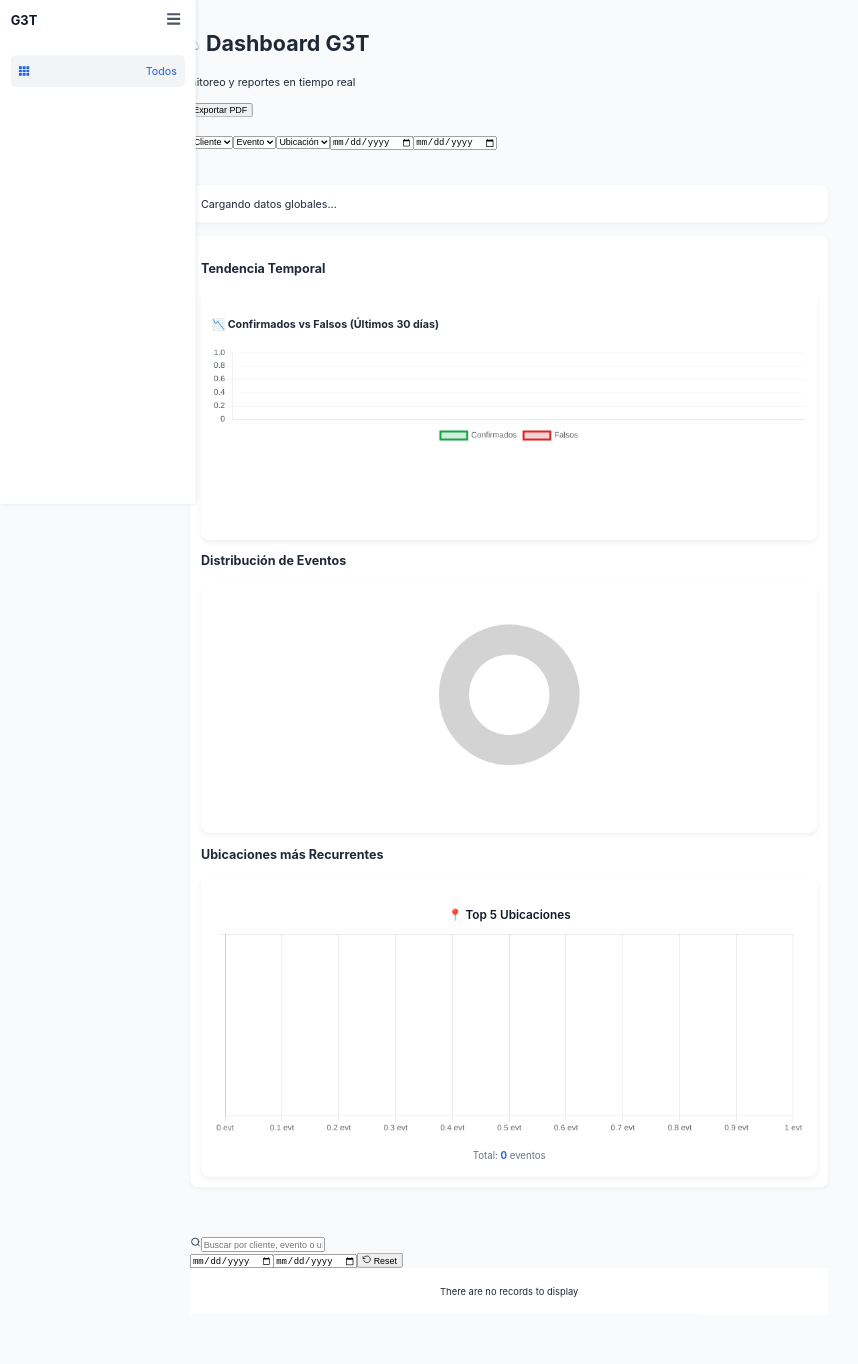
Repository: BBrian11/reportes
Page: /
The author's editor kept a copy of each file at every save. The page is drawn from the files as they stood at one save, then again after the next save.
The browser window is 1280 px wide. The pictures show the whole page, at 67% of full size.
The page's requests for data from a server got no answer. The project was rebuilt for these pictures with package versions that can differ from the ones it lists, and the page was loaded fresh each time. Some packages were replaced by stand-ins written for this rebuild. No one was signed in, and anything a server would have sent is missing. Also part of the build but not shown: vite.config.js, src/components/Dashboard/BarChart.jsx, src/styles/tgsstats.css, src/components/Dashboard/TgsStats.jsx, src/styles/edificiostats.css, src/components/Dashboard/EdificioStats.jsx, src/styles/vtvstats.css, src/components/Dashboard/VtvStats.jsx and 6 more.

Above is the page before, as saved 2025-08-01 11:19:51.

### index.html
<!DOCTYPE html>
<html lang="es">
  <head>
    <meta charset="UTF-8" />
    <meta name="viewport" content="width=device-width, initial-scale=1.0" />
    <title>Dashboard G3T</title>
  </head>
  <body>
    <div id="root"></div>
    <script type="module" src="/src/main.jsx"></script>
  </body>
</html>

### src/main.jsx
import React from "react";
import ReactDOM from "react-dom/client";
import App from "./App.jsx";
import "./styles/dashboard.css";
import "./styles/form.css";

ReactDOM.createRoot(document.getElementById("root")).render(
  <React.StrictMode>
    <App />
  </React.StrictMode>
);

### src/App.jsx
import React from "react";
import Dashboard from "./components/Dashboard/Dashboard.jsx";

export default function App() {
  return <Dashboard />;
}

### src/components/Dashboard/Header.jsx
import React from 'react';

export default function Header() {
  return (
    <div className="bg-gradient-to-r from-blue-700 to-indigo-800 text-white p-4 rounded-lg shadow-md flex justify-between items-center mb-4">
      <div>
        <h1 className="text-xl font-bold">📡 Dashboard G3T</h1>
        <p className="text-sm">Monitoreo y reportes en tiempo real</p>
      </div>
      <button className="bg-white text-blue-900 px-4 py-2 rounded shadow hover:bg-gray-200 transition">
        📄 Exportar PDF
      </button>
    </div>
  );
}

### src/components/Dashboard/Filters.jsx
import React from 'react';

export default function Filters() {
  return (
    <div className="bg-white p-4 rounded-lg shadow mb-4 flex flex-wrap gap-2">
      <select className="border p-2 rounded w-full md:w-auto">
        <option>Cliente</option>
      </select>
      <select className="border p-2 rounded w-full md:w-auto">
        <option>Evento</option>
      </select>
      <select className="border p-2 rounded w-full md:w-auto">
        <option>Ubicación</option>
      </select>
      <input type="date" className="border p-2 rounded w-full md:w-auto" />
      <input type="date" className="border p-2 rounded w-full md:w-auto" />
    </div>
  );
}

### src/components/Dashboard/Charts.jsx
import React from "react";
import BarChart from "./BarChart";
import PieChart from "./PieChart";
import LineChart from "./LineChart";
import HorizontalChart from "./HorizontalChart";
import {
  Chart as ChartJS,
  CategoryScale,
  LinearScale,
  BarElement,
  ArcElement,
  PointElement,
  LineElement,
  Title,
  Tooltip,
  Legend,
} from "chart.js";

ChartJS.register(
  CategoryScale,
  LinearScale,
  BarElement,
  ArcElement,
  PointElement,
  LineElement,
  Title,
  Tooltip,
  Legend
);

export default function Charts({ eventos }) {
  return (
    <div className="grid grid-cols-1 lg:grid-cols-2 xl:grid-cols-3 gap-6 mb-6">
      {/* ✅ Eventos por mes */}


      {/* ✅ Tendencia Temporal */}
      <div className="bg-white rounded-xl shadow p-4 hover:shadow-lg transition">
        <h3 className="text-lg font-semibold mb-4">Tendencia Temporal</h3>
        <LineChart eventos={eventos} />
      </div>

      {/* ✅ Distribución por Tipo de Evento */}
      <div className="bg-white rounded-xl shadow p-4 hover:shadow-lg transition">
        <h3 className="text-lg font-semibold mb-4">Distribución de Eventos</h3>
        <PieChart eventos={eventos} />
      </div>

      {/* ✅ Ubicaciones más Recurrentes */}
      <div className="bg-white rounded-xl shadow p-4 hover:shadow-lg transition col-span-2">
        <h3 className="text-lg font-semibold mb-4">Ubicaciones más Recurrentes</h3>
        <HorizontalChart eventos={eventos} />
      </div>

      {/* ✅ Comparativa Día vs Noche */}

    </div>
  );
}

### src/components/Dashboard/EventsTable.jsx
import React, { useState, useMemo } from "react";
import DataTable, { createTheme } from "react-data-table-component";
import Swal from "sweetalert2";
import withReactContent from "sweetalert2-react-content";
import { doc, updateDoc } from "firebase/firestore";
import { db } from "../../services/firebase";
import { FiSearch, FiRotateCcw } from "react-icons/fi"; // ✅ Íconos modernos
import "../../styles/eventstable.css";

const MySwal = withReactContent(Swal);

// ✅ Tema moderno para la tabla
createTheme("g3tTheme", {
  text: { primary: "#1f2937", secondary: "#6b7280" },
  background: { default: "#ffffff" },
  context: { background: "#2563eb", text: "#FFFFFF" },
  divider: { default: "#e5e7eb" },
});

export default function EventsTable({ eventos }) {
  const [filterText, setFilterText] = useState("");
  const [fechaInicio, setFechaInicio] = useState("");
  const [fechaFin, setFechaFin] = useState("");

  // ✅ Columnas configuradas
  const columns = [
    { name: "Cliente", selector: (row) => row.cliente, sortable: true },
    { name: "Evento", selector: (row) => row.evento, sortable: true },
    { name: "Ubicación", selector: (row) => row.ubicacion },
    { name: "Fecha", selector: (row) => row.fecha, sortable: true },
    { name: "Observación", selector: (row) => row.observacion, wrap: true },
    {
      name: "Acciones",
      cell: (row) => (
        <button
          onClick={() => handleEditObservation(row)}
          className="bg-indigo-600 text-white px-3 py-1 rounded-lg hover:bg-indigo-700 transition"
        >
          ✏️ Editar
        </button>
      ),
      ignoreRowClick: true,
    },
  ];

  // ✅ Estilo visual de la tabla
  const customStyles = {
    headCells: {
      style: {
        fontWeight: "700",
        fontSize: "14px",
        backgroundColor: "#f9fafb",
        color: "#111827",
        borderBottom: "1px solid #e5e7eb",
      },
    },
    rows: {
      style: {
        "&:hover": {
          backgroundColor: "#f3f4f6",
          transition: "0.2s",
        },
      },
    },
  };

  // ✅ Filtrado dinámico (texto + fechas)
  const filteredData = useMemo(() => {
    return eventos.filter((item) => {
      const textMatch =
        item.cliente?.toLowerCase().includes(filterText.toLowerCase()) ||
        item.evento?.toLowerCase().includes(filterText.toLowerCase()) ||
        item.ubicacion?.toLowerCase().includes(filterText.toLowerCase()) ||
        item.observacion?.toLowerCase().includes(filterText.toLowerCase());

      const fechaEvento = item.fechaObj || new Date(item.fecha);
      const desde = fechaInicio ? new Date(`${fechaInicio}T00:00:00`) : null;
      const hasta = fechaFin ? new Date(`${fechaFin}T23:59:59`) : null;

      const dateMatch =
        (!desde || fechaEvento >= desde) && (!hasta || fechaEvento <= hasta);

      return textMatch && dateMatch;
    });
  }, [eventos, filterText, fechaInicio, fechaFin]);

  // ✅ Editar observación (SweetAlert2)
  const handleEditObservation = async (event) => {
    const { value: newObservation } = await MySwal.fire({
      title: "Editar Observación",
      html: `
        <textarea id="swal-observation" class="swal2-textarea" style="width:100%;padding:10px;">
          ${event.observacion || ""}
        </textarea>`,
      showCancelButton: true,
      confirmButtonText: "Guardar",
      cancelButtonText: "Cancelar",
      width: "500px",
      preConfirm: () => document.getElementById("swal-observation").value,
    });

    if (newObservation !== undefined) {
      try {
        const path = `novedades/${event.cliente.toLowerCase()}/eventos/${event.id}`;
        await updateDoc(doc(db, path), { [`observaciones-${event.cliente.toLowerCase()}`]: newObservation });
        MySwal.fire("✅ Guardado", "Observación actualizada", "success");
      } catch {
        MySwal.fire("❌ Error", "No se pudo actualizar", "error");
      }
    }
  };

  return (
    <div className="bg-white shadow-lg rounded-xl p-5">
      {/* ✅ Barra de filtros profesional */}
      <div className="flex flex-wrap items-center gap-3 mb-6 bg-gray-50 p-4 rounded-lg shadow-sm">
        {/* 🔍 Campo de búsqueda con ícono */}
        <div className="relative flex-1 min-w-[200px]">
          <FiSearch className="absolute left-3 top-3 text-gray-400" />
          <input
            type="text"
            placeholder="Buscar por cliente, evento o ubicación..."
            value={filterText}
            onChange={(e) => setFilterText(e.target.value)}
            className="w-full pl-10 pr-3 py-2 border border-gray-300 rounded-lg focus:ring-2 focus:ring-indigo-400 focus:outline-none"
          />
        </div>

        {/* 📅 Filtro de fecha desde */}
        <input
          type="date"
          value={fechaInicio}
          onChange={(e) => setFechaInicio(e.target.value)}
          className="border border-gray-300 rounded-lg px-3 py-2 focus:ring-2 focus:ring-indigo-400 focus:outline-none"
        />

        {/* 📅 Filtro de fecha hasta */}
        <input
          type="date"
          value={fechaFin}
          onChange={(e) => setFechaFin(e.target.value)}
          className="border border-gray-300 rounded-lg px-3 py-2 focus:ring-2 focus:ring-indigo-400 focus:outline-none"
        />

        {/* 🔄 Botón Reset con ícono */}
        <button
          onClick={() => {
            setFilterText("");
            setFechaInicio("");
            setFechaFin("");
          }}
          className="flex items-center gap-2 bg-gray-200 text-gray-700 px-4 py-2 rounded-lg hover:bg-gray-300 transition"
        >
          <FiRotateCcw /> Reset
        </button>
      </div>

      {/* ✅ Tabla moderna con DataTable */}
      <DataTable
        columns={columns}
        data={filteredData}
        pagination
        highlightOnHover
        responsive
        striped
        theme="g3tTheme"
        customStyles={customStyles}
        paginationPerPage={50}
        paginationRowsPerPageOptions={[10, 20, 50, 100, 150]}
        fixedHeader
        fixedHeaderScrollHeight="600px"
      />
    </div>
  );
}

### src/styles/sidebar.css
.sidebar {
    width: 260px;
    background: #fff;
    height: 100vh;
    position: fixed;
    top: 0;
    left: 0;
    display: flex;
    flex-direction: column;
    padding: 16px;
    box-shadow: 2px 0 6px rgba(0, 0, 0, 0.08);
    transition: width 0.3s ease;
    overflow: hidden;
  }

  .sidebar.collapsed {
    width: 80px;
  }

  .sidebar-header {
    display: flex;
    justify-content: space-between;
    align-items: center;
    margin-bottom: 20px;
  }

  .logo-text {
    font-size: 1.2rem;
    font-weight: 700;
    color: #111827;
  }

  .toggle-btn {
    background: none;
    border: none;
    font-size: 1.4rem;
    cursor: pointer;
    color: #4b5563;
  }

  .sidebar ul {
    list-style: none;
    padding: 0;
  }

  .sidebar-item {
    margin-bottom: 6px;
  }

  .sidebar-link {
    display: flex;
    align-items: center;
    justify-content: space-between;
    padding: 12px;
    border-radius: 8px;
    color: #374151;
    cursor: pointer;
    transition: background 0.2s ease;
  }

  .sidebar-link:hover,
  .sidebar-link.active {
    background: #f3f4f6;
    color: #2563eb;
  }

  .sub-menu {
    background: #f9fafb;
    margin-top: 6px;
    border-radius: 6px;
    padding: 8px;
  }

  .search-input {
    width: 100%;
    padding: 6px 10px;
    border-radius: 6px;
    border: 1px solid #d1d5db;
    margin-bottom: 8px;
    font-size: 0.9rem;
  }

  .scrollable-list {
    max-height: 180px; /* ✅ Scroll interno */
    overflow-y: auto;
  }

  .scrollable-list ul {
    list-style: none;
    padding-left: 12px;
    margin: 4px 0;
  }

  .sub-item {
    padding: 6px;
    cursor: pointer;
    border-radius: 4px;
    font-size: 0.9rem;
    color: #4b5563;
  }

  .sub-item:hover {
    background: #e5e7eb;
    color: #111827;
  }

  .grupo {
    margin-bottom: 8px;
  }

  .grupo strong {
    font-size: 0.85rem;
    color: #6b7280;
    display: block;
    margin-bottom: 4px;
  }

### src/components/Dashboard/PieChart.jsx
// src/components/Dashboard/PieChart.jsx
import React, { useEffect } from "react";
import * as echarts from "echarts";

export default function PieChart({ eventos }) {
  useEffect(() => {
    const chartDom = document.getElementById("pieChart");
    const myChart = echarts.init(chartDom);

    const eventCounts = {};
    eventos.forEach((e) => {
      eventCounts[e.evento] = (eventCounts[e.evento] || 0) + 1;
    });

    const data = Object.keys(eventCounts).map((key) => ({
      name: key,
      value: eventCounts[key],
    }));

    myChart.setOption({
      tooltip: { trigger: "item" },
      series: [
        {
          type: "pie",
          radius: ["40%", "70%"],
          avoidLabelOverlap: false,
          label: { show: true, formatter: "{b}: {c}" },
          data: data,
        },
      ],
    });

    return () => myChart.dispose();
  }, [eventos]);

  return   <div className="bar-chart-card"><div id="pieChart" style={{ height: "300px" }}></div></div>;
}

### src/components/Dashboard/HorizontalChart.jsx
import { Bar } from "react-chartjs-2";
import "../../styles/horizontalchart.css"; // ✅ Nueva hoja de estilos

export default function HorizontalChart({ eventos }) {
  const countByLocation = {};
  eventos.forEach(e => {
    countByLocation[e.ubicacion] = (countByLocation[e.ubicacion] || 0) + 1;
  });

  const sorted = Object.entries(countByLocation)
    .sort((a, b) => b[1] - a[1])
    .slice(0, 5);

  const labels = sorted.map(([loc]) => loc);
  const values = sorted.map(([_, count]) => count);
  const total = values.reduce((a, b) => a + b, 0);

  const colors = ["#2563eb", "#16a34a", "#f59e0b", "#dc2626", "#6b7280"];

  const data = {
    labels,
    datasets: [
      {
        label: "Eventos",
        data: values,
        backgroundColor: colors,
        borderRadius: 6,
        barThickness: 28,
      },
    ],
  };

  const options = {
    indexAxis: "y",
    responsive: true,
    maintainAspectRatio: false,
    plugins: {
      legend: { display: false },
      tooltip: {
        callbacks: {
          label: (ctx) => {
            const count = ctx.parsed.x;
            const pct = ((count / total) * 100).toFixed(1);
            return ` ${count} eventos (${pct}%)`;
          },
        },
      },
    },
    scales: {
      x: {
        ticks: {
          callback: (value) => value + " evt",
        },
      },
    },
  };

  return (
    <div className="horizontal-chart-card">
      <h4 className="horizontal-chart-title">📍 Top 5 Ubicaciones</h4>
      <div className="horizontal-chart-wrapper">
        <Bar data={data} options={options} />
      </div>
      <div className="horizontal-chart-footer">
        Total: <span>{total}</span> eventos
      </div>
    </div>
  );
}

### src/styles/barChart.css
.bar-chart-card {
    background: #fff;
    border-radius: 12px;
    padding: 16px;
    box-shadow: 0 4px 8px rgba(0, 0, 0, 0.06);
    display: flex;
    flex-direction: column;
    gap: 12px;
    height: 340px;
  }

  .bar-chart-title {
    font-size: 1rem;
    font-weight: 600;
    color: #111827;
    text-align: center;
  }

  .bar-chart-wrapper {
    position: relative;
    height: 250px;
  }

### src/styles/horizontalchart.css
.horizontal-chart-card {
    background: #fff;
    border-radius: 12px;
    padding: 20px;
    box-shadow: 0 4px 10px rgba(0, 0, 0, 0.06);
    display: flex;
    flex-direction: column;
    justify-content: space-between;
    height: 100%;
    transition: transform 0.2s ease, box-shadow 0.2s ease;
  }

  .horizontal-chart-card:hover {
    transform: translateY(-4px);
    box-shadow: 0 8px 16px rgba(0, 0, 0, 0.08);
  }

  .horizontal-chart-title {
    font-size: 1.1rem;
    font-weight: 600;
    color: #111827;
    margin-bottom: 16px;
    text-align: center;
  }

  .horizontal-chart-wrapper {
    position: relative;
    height: 300px;
    margin-bottom: 12px;
  }

  .horizontal-chart-footer {
    font-size: 0.9rem;
    color: #6b7280;
    text-align: center;
    margin-top: 8px;
  }

  .horizontal-chart-footer span {
    font-weight: bold;
    color: #2563eb;
  }

Loaded but not shown: src/services/firebase.js (16 lines, source omitted); src/styles/dashboard.css (673 lines, source omitted); src/components/Dashboard/Dashboard.jsx (150 lines, source omitted); src/components/Dashboard/GlobalStats.jsx (148 lines, source omitted); src/components/Dashboard/Sidebar.jsx (143 lines, source omitted); src/components/Dashboard/LineChart.jsx (99 lines, source omitted); src/styles/eventstable.css (113 lines, source omitted)

After the next save:
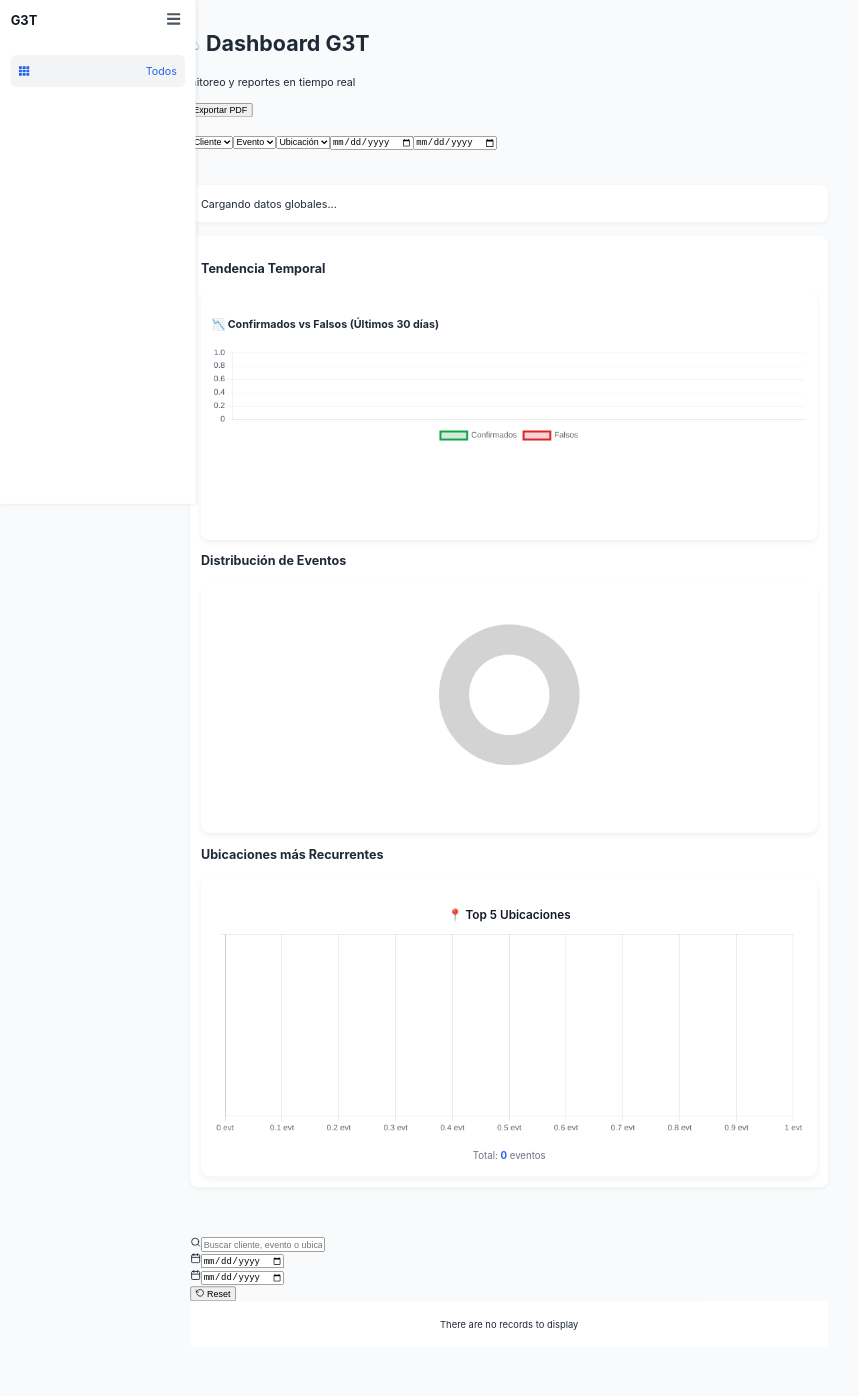
Saved 3 min 47 s later.
--- a/src/components/Dashboard/EventsTable.jsx
+++ b/src/components/Dashboard/EventsTable.jsx
@@ -2,14 +2,14 @@ import React, { useState, useMemo } from "react";
 import DataTable, { createTheme } from "react-data-table-component";
 import Swal from "sweetalert2";
 import withReactContent from "sweetalert2-react-content";
+import { FiSearch, FiRotateCcw, FiCalendar } from "react-icons/fi"; // ✅ Íconos para diseño pro
 import { doc, updateDoc } from "firebase/firestore";
 import { db } from "../../services/firebase";
-import { FiSearch, FiRotateCcw } from "react-icons/fi"; // ✅ Íconos modernos
 import "../../styles/eventstable.css";
 
 const MySwal = withReactContent(Swal);
 
-// ✅ Tema moderno para la tabla
+// ✅ Tema DataTable
 createTheme("g3tTheme", {
   text: { primary: "#1f2937", secondary: "#6b7280" },
   background: { default: "#ffffff" },
@@ -22,7 +22,7 @@ export default function EventsTable({ eventos }) {
   const [fechaInicio, setFechaInicio] = useState("");
   const [fechaFin, setFechaFin] = useState("");
 
-  // ✅ Columnas configuradas
+  // ✅ Columnas
   const columns = [
     { name: "Cliente", selector: (row) => row.cliente, sortable: true },
     { name: "Evento", selector: (row) => row.evento, sortable: true },
@@ -43,7 +43,6 @@ export default function EventsTable({ eventos }) {
     },
   ];
 
-  // ✅ Estilo visual de la tabla
   const customStyles = {
     headCells: {
       style: {
@@ -64,7 +63,7 @@ export default function EventsTable({ eventos }) {
     },
   };
 
-  // ✅ Filtrado dinámico (texto + fechas)
+  // ✅ Filtrado
   const filteredData = useMemo(() => {
     return eventos.filter((item) => {
       const textMatch =
@@ -77,14 +76,15 @@ export default function EventsTable({ eventos }) {
       const desde = fechaInicio ? new Date(`${fechaInicio}T00:00:00`) : null;
       const hasta = fechaFin ? new Date(`${fechaFin}T23:59:59`) : null;
 
-      const dateMatch =
-        (!desde || fechaEvento >= desde) && (!hasta || fechaEvento <= hasta);
-
-      return textMatch && dateMatch;
+      return (
+        textMatch &&
+        (!desde || fechaEvento >= desde) &&
+        (!hasta || fechaEvento <= hasta)
+      );
     });
   }, [eventos, filterText, fechaInicio, fechaFin]);
 
-  // ✅ Editar observación (SweetAlert2)
+  // ✅ Editar
   const handleEditObservation = async (event) => {
     const { value: newObservation } = await MySwal.fire({
       title: "Editar Observación",
@@ -111,51 +111,57 @@ export default function EventsTable({ eventos }) {
   };
 
   return (
-    <div className="bg-white shadow-lg rounded-xl p-5">
-      {/* ✅ Barra de filtros profesional */}
-      <div className="flex flex-wrap items-center gap-3 mb-6 bg-gray-50 p-4 rounded-lg shadow-sm">
-        {/* 🔍 Campo de búsqueda con ícono */}
+    <div className="bg-white shadow-xl rounded-xl p-6">
+      {/* ✅ Contenedor de filtros */}
+      <div className="bg-gray-50 p-4 rounded-lg shadow-sm flex flex-wrap gap-3 items-center mb-6 border border-gray-200">
+        {/* 🔍 Buscador con ícono */}
         <div className="relative flex-1 min-w-[200px]">
           <FiSearch className="absolute left-3 top-3 text-gray-400" />
           <input
             type="text"
-            placeholder="Buscar por cliente, evento o ubicación..."
+            placeholder="Buscar cliente, evento o ubicación..."
             value={filterText}
             onChange={(e) => setFilterText(e.target.value)}
-            className="w-full pl-10 pr-3 py-2 border border-gray-300 rounded-lg focus:ring-2 focus:ring-indigo-400 focus:outline-none"
+            className="w-full pl-10 pr-3 py-2 text-sm border border-gray-300 rounded-lg shadow-sm focus:ring-2 focus:ring-indigo-400 focus:outline-none"
           />
         </div>
 
-        {/* 📅 Filtro de fecha desde */}
-        <input
-          type="date"
-          value={fechaInicio}
-          onChange={(e) => setFechaInicio(e.target.value)}
-          className="border border-gray-300 rounded-lg px-3 py-2 focus:ring-2 focus:ring-indigo-400 focus:outline-none"
-        />
+        {/* 📅 Fecha inicio */}
+        <div className="relative">
+          <FiCalendar className="absolute left-3 top-3 text-gray-400" />
+          <input
+            type="date"
+            value={fechaInicio}
+            onChange={(e) => setFechaInicio(e.target.value)}
+            className="pl-10 pr-3 py-2 text-sm border border-gray-300 rounded-lg shadow-sm focus:ring-2 focus:ring-indigo-400 focus:outline-none"
+          />
+        </div>
 
-        {/* 📅 Filtro de fecha hasta */}
-        <input
-          type="date"
-          value={fechaFin}
-          onChange={(e) => setFechaFin(e.target.value)}
-          className="border border-gray-300 rounded-lg px-3 py-2 focus:ring-2 focus:ring-indigo-400 focus:outline-none"
-        />
+        {/* 📅 Fecha fin */}
+        <div className="relative">
+          <FiCalendar className="absolute left-3 top-3 text-gray-400" />
+          <input
+            type="date"
+            value={fechaFin}
+            onChange={(e) => setFechaFin(e.target.value)}
+            className="pl-10 pr-3 py-2 text-sm border border-gray-300 rounded-lg shadow-sm focus:ring-2 focus:ring-indigo-400 focus:outline-none"
+          />
+        </div>
 
-        {/* 🔄 Botón Reset con ícono */}
+        {/* 🔄 Reset */}
         <button
           onClick={() => {
             setFilterText("");
             setFechaInicio("");
             setFechaFin("");
           }}
-          className="flex items-center gap-2 bg-gray-200 text-gray-700 px-4 py-2 rounded-lg hover:bg-gray-300 transition"
+          className="flex items-center gap-2 bg-indigo-600 text-white px-4 py-2 rounded-lg shadow hover:bg-indigo-700 transition text-sm"
         >
           <FiRotateCcw /> Reset
         </button>
       </div>
 
-      {/* ✅ Tabla moderna con DataTable */}
+      {/* ✅ Tabla */}
       <DataTable
         columns={columns}
         data={filteredData}
